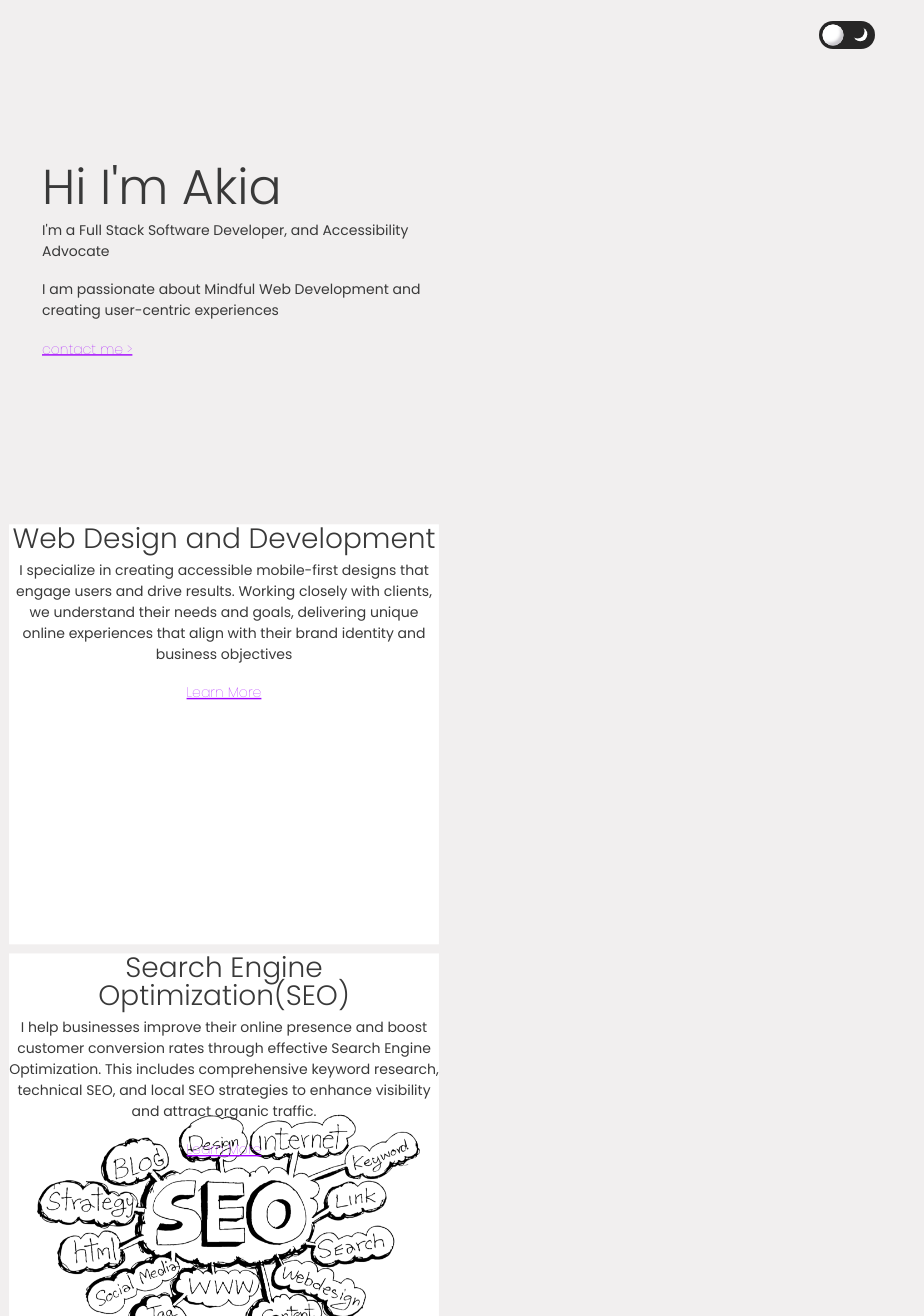
Repository: akiachenise/akiachenise.github.io
Page: index.html
These files come from the project's save history. The page is drawn as it stood at one moment and after the next save; the edit follows.
The browser window is 1280 px wide. The page is 1320 px wide, so the pictures cover 1320 px, including what lies to the right of the window. The pictures show the part of the page from y = 0 to 1880 px (the page is 3270 px tall), at 70% of full size.

Above is the page before, as saved 2023-06-09 08:19:09.

### index.html
<!DOCTYPE html>
<html lang = "en">
<head>
     <meta charset="utf-8" />
     <title>Developed By Akia</title>
     <link rel="stylesheet" href="css/styles.css" />
     <meta name="viewport" content="width=device-width, initial-scale=1">
</head>
<body>
    <header>
        <div class="switch">
            <div class="flicker"></div>
            <div class="moon"></div>
        </div>
    </header>

    <section class="main">
        <div class="main-text">
            <h1>Hi I'm Akia</h1>
            <p>I'm a Full Stack Software Developer, and Accessibility Advocate</p>
            <br/>
            <p>I am passionate about Mindful Web Development and creating user-centric experiences</p>
            <br/>
            <a href="#footer">contact me ></a>
        </div>

        <div class="hero-image">
            <div class="cube" id="react"></div>
            <div class="cube" id="javascript"></div>
            <div class="cube" id="html"></div>
            <div class="cube" id="css"></div>
        </div>

        </section>
    <section class="sub-section">
        <div class="square" id="web-design">
            <h2>Web Design and Development</h2>
            <p>I specialize in creating accessible mobile-first designs that engage users and drive results. Working closely with clients, we understand their needs and goals, delivering unique online experiences that align with their brand identity and business objectives</p>
            </br>
            <a href="">Learn More</a>
        </div>
        <div class="square" id="search-engine">
            <h2>Search Engine Optimization(SEO)</h2>
            <p>I help businesses improve their online presence and boost customer conversion rates through effective Search Engine Optimization. This includes comprehensive keyword research, technical SEO, and local SEO strategies to enhance visibility and attract organic traffic.</p>
            </br>
            <a href="">Learn More</a>
        </div>
        <div class="square" id="call-to-action">
            <h2>CTA(Call-To-Action) Optimization</h2>
            <p>I optimize call-to-action (CTA) elements such as buttons and forms to maximize customer conversion rates. By strategically placing and designing these elements, we encourage visitors to take desired actions, such as making a purchase or filling out a contact form.</p>
            </br>
            <a href="">Learn More</a>
        </div>
        <div class="square" id="web-analytics">
            <h2>Web Analytics</h2>
            <p>I utilize tools like Google Analytics to analyze website traffic and user behavior. By tracking key metrics and gaining insights, we identify areas of improvement over time, helping businesses make data-driven decisions to enhance their online presence and user experience.</p>
            </br>
            <a href="">Learn More</a>
        </div>
<!--<div class="square" id="coming-soon"></div>
            <h2>COMING SOON: Mindful Melanin</h2>
            <p>As an additional offering, I am developing an accessible web application called Mindful Melanin. This platform empowers black women by providing daily affirmations, journaling spaces, and goal setting and tracking features. It promotes self-care, mental well-being, and personal growth in a modern and accessible way.</p>
            </br>
            <a href="">Learn More</a>
        </div>-->
    </section>

        <footer id ="footer">
            <p>Developed with 💜 By Akia <a href="mailto:developedbyakia@gmail.com">developedbyakia@gmail.com</a></p>


            <script src="js/scripts.js"></script>
        </body>
    </html>

### css/styles.css
@import url('https://fonts.googleapis.com/css2?family=Poppins:ital,wght@0,100;0,200;0,300;0,400;0,500;0,600;0,700;0,800;0,900;1,100;1,200;1,400;1,500;1,600;1,700;1,800;1,900&display=swap');

body {
    transition: 0.3s;
    margin: 0;
    padding: 0;
    background-color: rgb(241, 239, 239);
    font-family: 'Poppins', sans-serif;
    color: rgb(57, 57, 57);
}

h1 {
    font-size: 70px;
    line-height:70px;
    font-weight: 300;
    margin: 10px 0;
}

h2 {
    font-size: 40px;
    line-height: 40px;
    font-weight: 300;
    margin: 10px 0;
}

p {
    margin: 0px;
    font-size: 20px;
}

a {
    color:rgb(162, 0, 255);
    font-size: 20px;
    font-weight: 100;
}

.dark a {
    color: rgb(246, 169, 241);
}


header {
    display: flex;
    justify-content: flex-end;
    padding: 30px;
}

.switch {
  width: 80px;
  height: 40px;
  border-radius: 20px;
  background-color: rgb(39, 38, 38);
  position: relative;
}

.flicker {
  width: 30px;
  height: 30px;
  border-radius: 15px;
  background-color: rgb(255, 255, 255);
  position: absolute;
  top: 5px;
  left: 5px;
  transition: 0.3s;
  box-shadow:
    inset 4px 4px 4px rgb(255, 255, 255),
    inset -4px -4px 4px rgb(195 193 198 / 90%);
}

.dark {
    background-color: rgb(57, 57, 57);
    transition: 0.3s;
}

.moon {
    width: 20px;
    height: 20px;
    border-radius: 10px;
    box-shadow: 4px 4px 0 0 rgb(255, 255, 255);
    position: absolute;
    top: 5px;
    left: 45px;
}

.dark .flicker {
    transform: translateX(40px);
    transition: 0.3s;
}

.dark > * {
    color: rgb(255, 255, 255);
}

.main{
    height: 80vh;
    display: flex;
    flex-direction: row;
    justify-content: space-between;
    align-items: center;
    padding: 30px;
}
.main-text {
    padding: 30px;
    margin-bottom: 100px;
}

.square {
    width: 98%;
    margin: 1%;
    height: 350px;
    background-color: rgb(255, 255, 255);
    text-align: center;
}

.dark .square {
    background-color: rgb(71, 71, 71);
}

#web-design {
    background-size: cover;
}

#search-engine {
    background-image: url("../images/search-engine.png");
    background-size: cover;
}

#call-to-action {
    background-image: url("../images/call-to-action.png");
    background-size: cover;
}

#web-analytics {
    background-image: url("../images/web-analytics.png");
    background-size: cover;
}

#coming-soon {
    background-image: url("../images/coming-soon-light.png");
    background-size: cover;
}
.dark #coming-soon {
    background-image: url("../images/coming-soon-dark.png");
    background-size: cover;
}*/

.sub-section {
    display: flex;
    flex-wrap: wrap;
}

.hero-image {
    position: relative;
    width: 50%;
    height: 350px;
    display: block;
    margin-bottom: 100px;
}

.cube {
    position: absolute;
    width: 80px;
    height: 79px;
    transform:rotate(-25deg) skew(25deg);
}

.cube:before {
    position: absolute;
    content: "";
    width: 21px;
    height: 79px;
    transform: skewY(-45deg);
    left: -20px;
    bottom: -10px;
}

.cube:after {
    position: absolute;
    content: "";
    width: 100%;
    height: 21px;
    transform: skewX(-45deg);
    left: -10px;
    bottom: -20px;
}

#html {
    left: 100px;
    bottom: 80px;
    background-image: url("../images/html-square.png");
    background-size: cover;
    background-color: rgb(175, 119, 227);
    box-shadow: rgb(50 50  50/ 15%);
}

#html:before {
    background-color: rgb(189, 154, 221);
}

#html:after {
    background-color: rgb(205, 188, 221);
}

#css {
    left: 250px;
    bottom: 240px;
    background-image: url("../images/css-square.png");
    background-size: cover;
    background-color: rgb(227, 119, 191);
    box-shadow: -100px 100px 20px rgb(50 50 50/ 15%);
  }

  #css:before {
    background-color: rgb(221, 154, 207);
  }

  #css:after {
    background-color: rgb(221, 188, 211);
  }

  #javascript {
    left: 450px;
    bottom: 200px;
    background-image: url("../images/javascript-square.png");
    background-size: cover;
    background-color: rgb(119, 227, 186);
    box-shadow: -40px 40px 20px rgb(50 50 50/ 15%);
  }

  #javascript:before {
    background-color: rgb(154, 221, 202);
  }

  #javascript:after {
    background-color: rgb(188, 221, 212);
  }

  #react {
    left: 350px;
    bottom: 40px;
    background-image: url("../images/react-square.png");
    background-size: cover;
    background-color: rgb(119, 193, 227);
    box-shadow: -80px 80px 20px rgb(50 50 50/ 15%);
  }

  #react:before {
    background-color: rgb(154, 189, 221);
  }

  #react:after {
    background-color: rgb(188, 200, 221);
  }


footer {
    background-color: rgb(57, 57, 57);
    width: 100%;
    padding: 20px;
    display: flex;
    font-family: poppins;
    align-items: center;
    justify-content: center;
}

.dark footer {
    background-color: rgb(8, 8, 8);
    width: 100%;
    padding: 20px;
    display: flex;
    font-family: poppins;
    align-items: center;
    justify-content: center;
}


@media only screen and (min-width: 970px) {
    .main-text {
        width: 50%;
    }
    .square {
        width: 48%;
        margin: 1%;
        height: 600px;
    }
}

@media only screen and (max-width: 1300px) {
    .hero-image {
        display: none;
    }
}

### js/scripts.js
const switchElement = document.querySelector('.switch')

switchElement.addEventListener('click', () => {
  document.body.classList.toggle('dark')
})

After the next save:
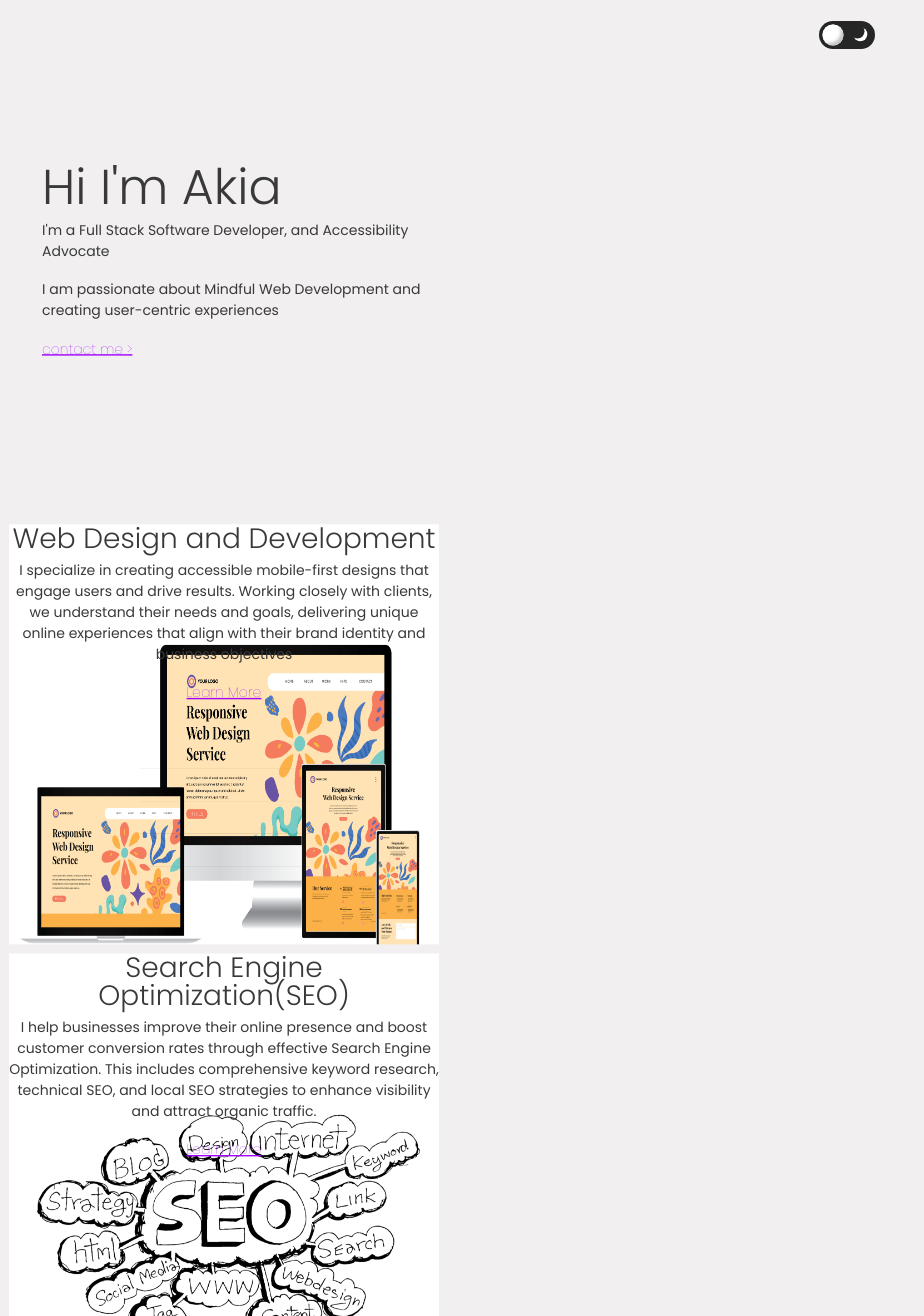
Saved 31 s later.
--- a/css/styles.css
+++ b/css/styles.css
@@ -117,6 +117,7 @@ header {
 }
 
 #web-design {
+    background-image: url("../images/web-design.png");
     background-size: cover;
 }
 
